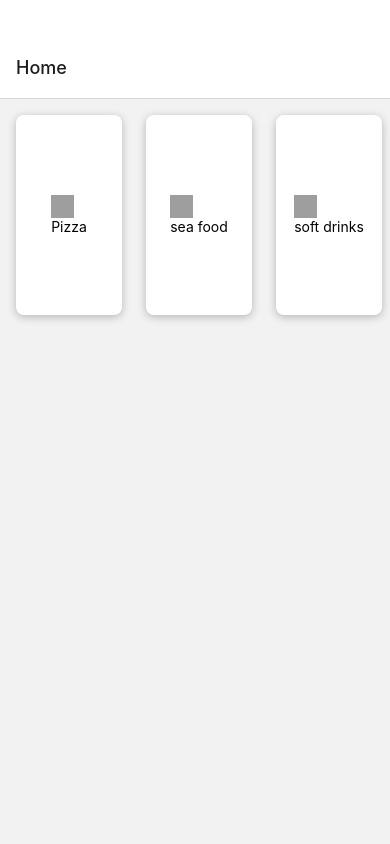
Repository: Esraa22M/ReactNative
Screen: /
An editor plug-in stored every save of this project. The screen is shown before and after the next save, followed by the edit.
Pictures or frames that could not be fetched are drawn as grey boxes. The app was drawn by React Native's web renderer in a window 390 px wide. The project was rebuilt for these pictures with package versions that can differ from the ones it lists, and the page was loaded fresh each time. Also part of the build but not shown: src/components/header/header.component.js, src/colors/front-screen-colors/user-auth-colors.js, src/components/header/header.styles.js, src/components/textInput/textInput.styles.js, src/components/textInput/textInput.components.jsx, src/components/singup-form-body/singup-form-body.components.js, src/screens/front-screen/Singup/singup-screen.screens.jsx, src/authentication/api/login-info.js and 2 more.

Above is the screen before, as saved 2023-09-21 00:46:24.

After the next save:
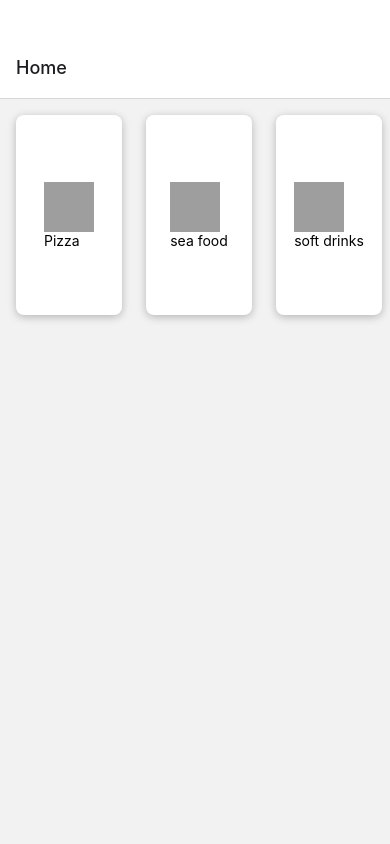
Saved 18 s later.
--- a/src/components/categories/category-item.components.js
+++ b/src/components/categories/category-item.components.js
@@ -30,5 +30,5 @@ const styles = StyleSheet.create({
     alignItems: "center",
     borderRadius: 8,
   },
-  image: { width: 23, height: 23 },
+  image: { width: 50, height: 50 },
 });
